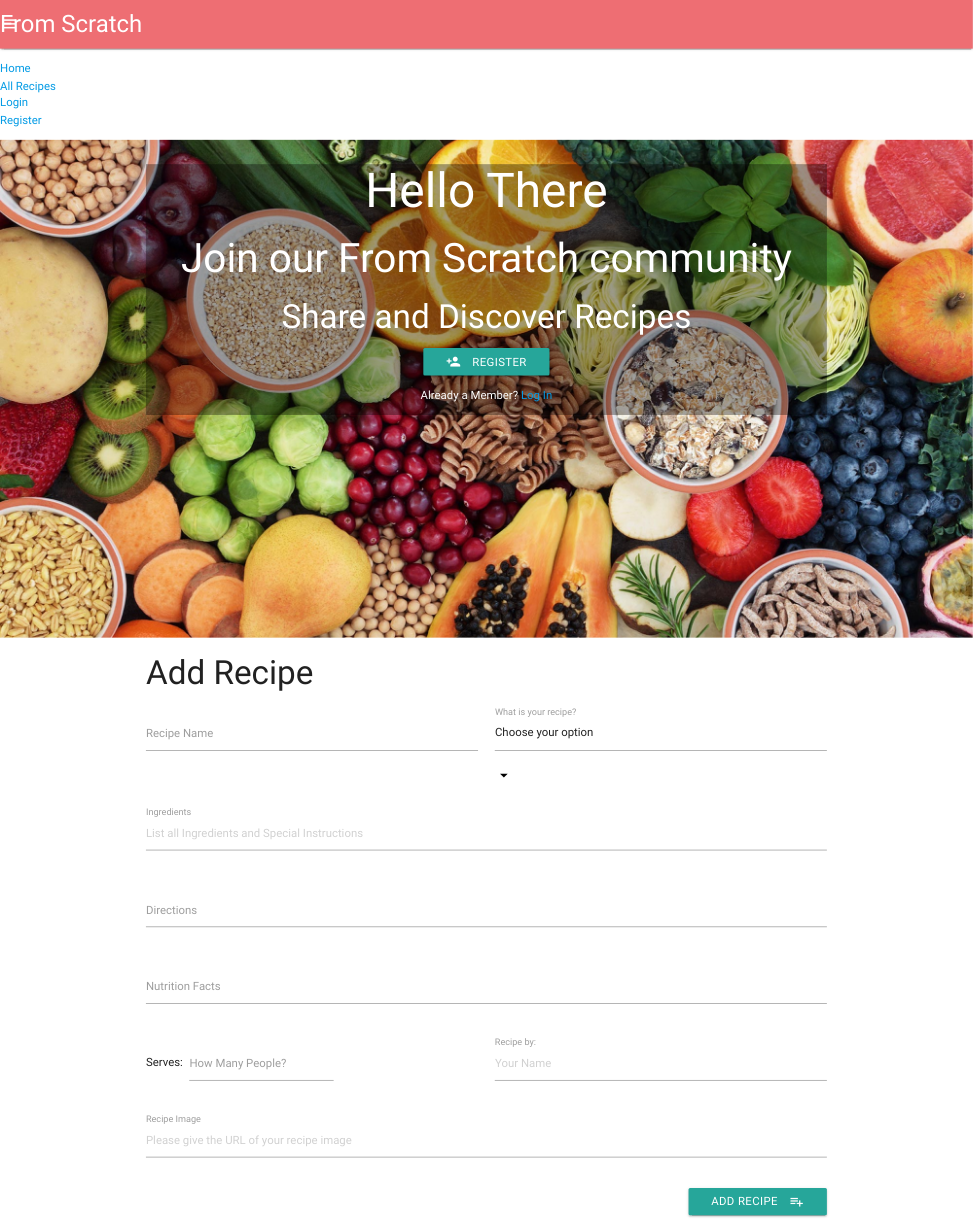
Repository: callendera/MilestoneProject3
Page: http://localhost/
The author's editor kept a record of every edit. The page is drawn from the files as they stood at one moment, then again after the next edit.
The browser window is 1280 px wide. The pictures show the whole page, at 76% of full size.
Backgrounds fixed to the window are drawn as part of the page. The page is served by the project's application, run on Flask 3 (recipe.py). Queries for data that is not in the repository find no rows.

Above is the page before.

After the next edit:
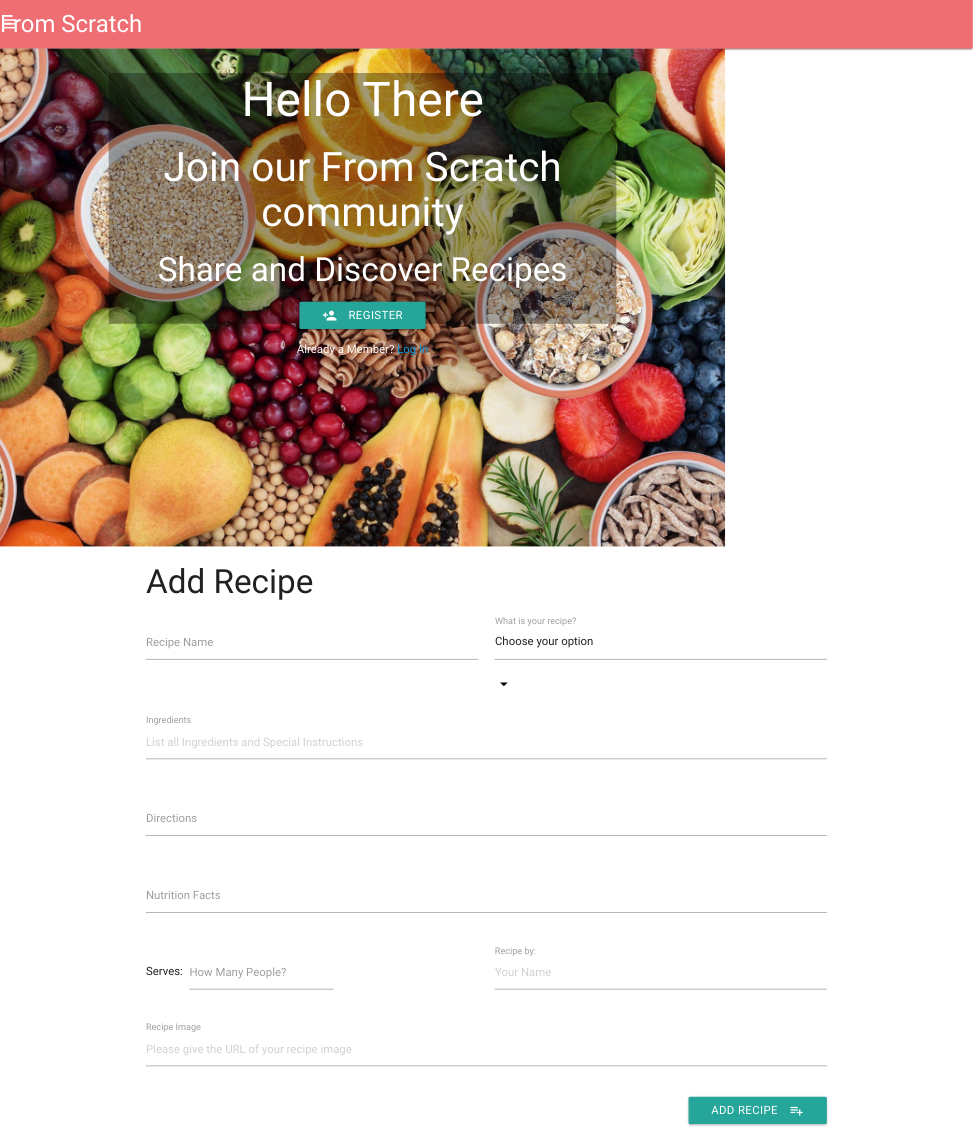
The edit:
--- a/templates/base.html
+++ b/templates/base.html
@@ -24,12 +24,7 @@
     </div>
   </nav>
 
-  <ul class="sidenav" id="mobile-demo">
-    <li><a href="sass.html">Home</a></li>
-    <li><a href="badges.html">All Recipes</a></li>
-    <li><a href="collapsible.html">Login</a></li>
-    <li><a href="mobile.html">Register</a></li>
-  </ul>
+
 
 
 
